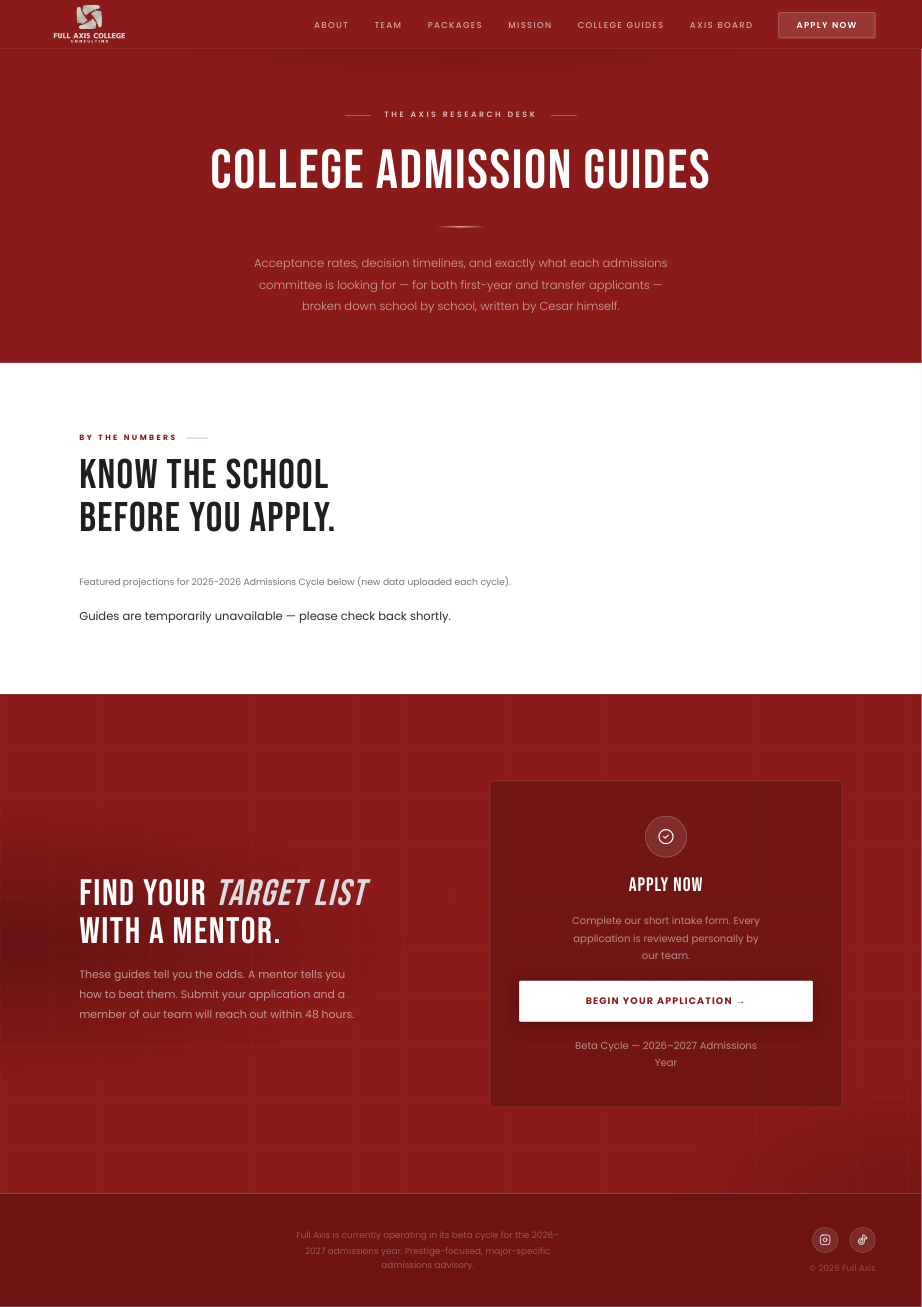
Repository: epeguero8311/cesar
Page: college-guides/index.html
An editor plug-in stored every save of this project. The page is shown before and after the next save, followed by the edit.
The browser window is 1280 px wide. The pictures show the whole page, at 72% of full size.

Above is the page before, as saved 2026-07-14 21:23:45.

After the next save:
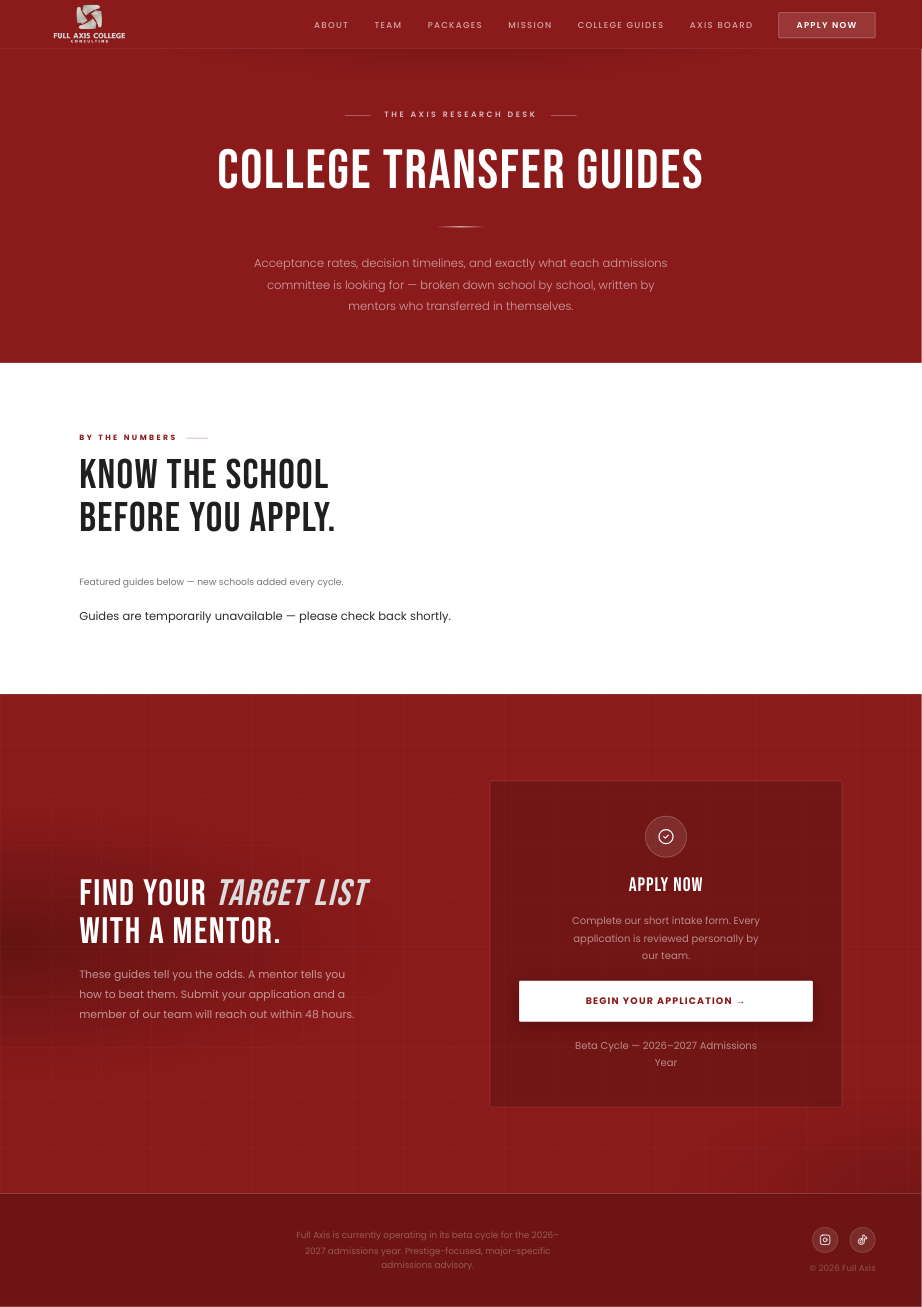
Saved 3 s later.
--- a/college-guides/index.html
+++ b/college-guides/index.html
@@ -4,7 +4,7 @@
 <meta charset="UTF-8" />
 <meta name="viewport" content="width=device-width, initial-scale=1.0" />
 <link rel="icon" type="image/png" href="../Untitled_design__1_-removebg-preview.png" />
-<title>College Admission Guides | Full Axis College Consulting</title>
+<title>College Transfer Guides | Full Axis College Consulting</title>
 <link rel="preconnect" href="https://fonts.googleapis.com" />
 <link rel="preconnect" href="https://fonts.gstatic.com" crossorigin />
 <link href="https://fonts.googleapis.com/css2?family=Bebas+Neue&family=Poppins:ital,wght@0,300;0,400;0,500;0,600;0,700;1,400&display=swap" rel="stylesheet" />
@@ -32,9 +32,9 @@
 <section class="sub-hero">
   <div class="sub-hero-inner">
     <div class="hero-eyebrow">The Axis Research Desk</div>
-    <h1 class="sub-hero-title">College Admission Guides</h1>
+    <h1 class="sub-hero-title">College Transfer Guides</h1>
     <div class="hero-rule"></div>
-    <p class="sub-hero-sub">Acceptance rates, decision timelines, and exactly what each admissions committee is looking for — for both first-year and transfer applicants — broken down school by school, written by Cesar himself.</p>
+    <p class="sub-hero-sub">Acceptance rates, decision timelines, and exactly what each admissions committee is looking for — broken down school by school, written by mentors who transferred in themselves.</p>
   </div>
 </section>
 
@@ -44,7 +44,7 @@
     <h2 class="section-title">Know the school<br />before you apply.</h2>
 
     <div class="guides-toolbar">
-      <p class="guides-count">Featured projections for 2025-2026 Admissions Cycle below (new data uploaded each cycle).</p>
+      <p class="guides-count">Featured guides below — new schools added every cycle.</p>
     </div>
 
     <div class="guides-grid reveal" id="guides-grid">
@@ -101,7 +101,6 @@
 <style>
 .ft-right{display:flex;flex-direction:column;align-items:flex-end;gap:0.75rem}
 @media(max-width:580px){.ft-right{align-items:center}}
-.guide-card .guide-stat-row + .guide-stat-row{margin-top:0.4rem}
 </style>
 
 <script src="../main.js"></script>
@@ -117,17 +116,18 @@
         <div class="guide-crest">${school.crest}</div>
         <h3>${school.name}</h3>
         <div class="guide-stat-row">
-          <div class="guide-stat">First-Year Rate<strong>${school.firstYear.rate}</strong></div>
-          <div class="guide-stat">FY Decision<strong>${school.firstYear.decisionsReleased}</strong></div>
-        </div>
-        <div class="guide-stat-row">
-          <div class="guide-stat">Transfer Rate<strong>${school.transfer.rate}</strong></div>
-          <div class="guide-stat">Transfer Decision<strong>${school.transfer.decisionsReleased}</strong></div>
+          <div class="guide-stat">Acceptance Rate<strong>${school.stats.rate}</strong></div>
+          <div class="guide-stat">Decision<strong>${school.stats.decisionsReleased}</strong></div>
         </div>
         <p>${school.blurb}</p>
       </a>
     `).join('');
-grid.innerHTML = cardsHtml;
+
+    grid.innerHTML = cardsHtml + `
+      <div class="guide-card-more">
+        More guides — Stanford, Swarthmore, Amherst, Williams, Georgia Tech, and the full UC system — are on deck. Ask your mentor for the school-specific breakdown in the meantime.
+      </div>
+    `;
   } catch (err) {
     console.error('Failed to load guides data:', err);
     grid.innerHTML = '<p>Guides are temporarily unavailable — please check back shortly.</p>';
